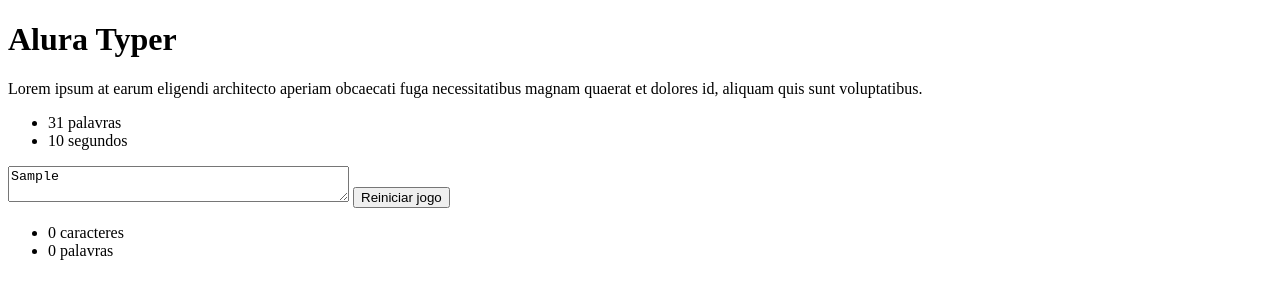
Repository: 2001mariana/jogo-digitacao-jquery
Page: public/principal.html
An editor plug-in stored every save of this project. The page is shown before and after the next save, followed by the edit.
The browser window is 1280 px wide. The pictures show the whole page.
Empty fields were first filled with sample values (such as "Sample", 5 or name@example.com).
After loading, the first visible `#botao--reiniciar` was clicked once.

Above is the page before, as saved 2022-10-20 14:41:35.

### public/principal.html
<!DOCTYPE html>
<html lang="pt-br">
<head>
    <meta charset="UTF-8">
    <title>Alura Typer</title>
</head>
<body>
    <h1>Alura Typer</h1>
    <p class="frase">
        Lorem ipsum at earum eligendi architecto aperiam obcaecati fuga necessitatibus magnam quaerat et dolores id, aliquam quis sunt voluptatibus.
    </p>

    <ul class="informacoes">
        <li class="informacoes--palavras"> palavras</li>
        <li><span id="tempo--digitacao">10</span> segundos</li>
    </ul>

    <textarea class="campo--digitacao" rols="8" cols="40"></textarea>
    <button id="botao--reiniciar">Reiniciar jogo</button>

    <ul class="informacoes">
        <li><span id="contador--caracteres">0</span> caracteres</li>
        <li><span id="contador--palavras">0</span> palavras</li>
    </ul>

    <script src="js/jquery.js"></script>
    <script src="js/main.js"></script>

</body>
</html>

### public/js/main.js
var frase = $(".frase").text();
var numeroPalavras = frase.split(" ").length;
var mostraNumeroPalavras = $(".informacoes--palavras").text(numeroPalavras + " palavras");

var campo = $(".campo--digitacao");
campo.on("input", function() {
    var conteudo = campo.val();

    var qtdPalavras = conteudo.split(/\S+/).length - 1;
    $("#contador--palavras").text(qtdPalavras);

    var qtdCaracteres = conteudo.length;
    $("#contador--caracteres").text(qtdCaracteres);
});

var tempoRestante = $("#tempo--digitacao").text();
campo.one("focus", function() {
    var cronometroID = setInterval(function() {
        tempoRestante--;

        $("#tempo--digitacao").text(tempoRestante);
        if (tempoRestante < 1) {
            campo.attr("disabled", true);
            clearInterval(cronometroID);
        }
    }, 1000);
});

var botaoReiniciar = $("#botao--reiniciar");
botaoReiniciar.on("click", function() {
    $("#tempo--digitacao").text(10);
    campo.attr("disabled", false);
    campo.text("");
    $("#contador--caracteres").text(0);
    $("#contador--palavras").text(0);
})

console.log(botaoReiniciar);

Loaded but not shown: public/js/jquery.js (library)

After the next save:
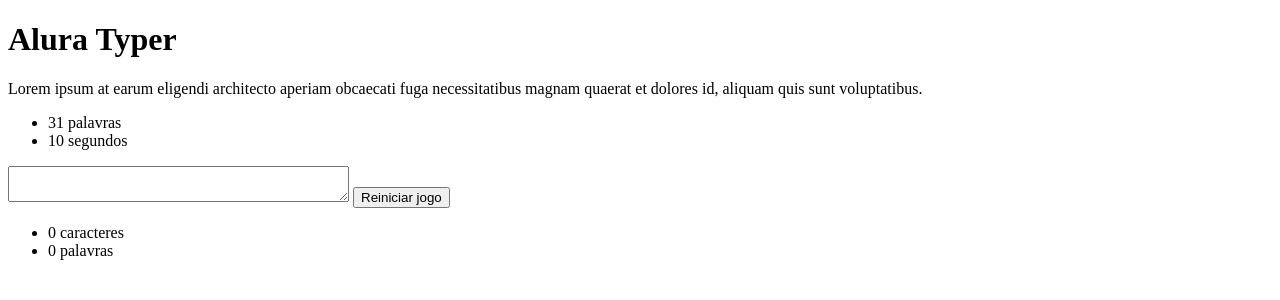
Saved 5 min 6 s later.
--- a/public/js/main.js
+++ b/public/js/main.js
@@ -30,7 +30,7 @@
 botaoReiniciar.on("click", function() {
     $("#tempo--digitacao").text(10);
     campo.attr("disabled", false);
-    campo.text("");
+    campo.val("");
     $("#contador--caracteres").text(0);
     $("#contador--palavras").text(0);
 })
